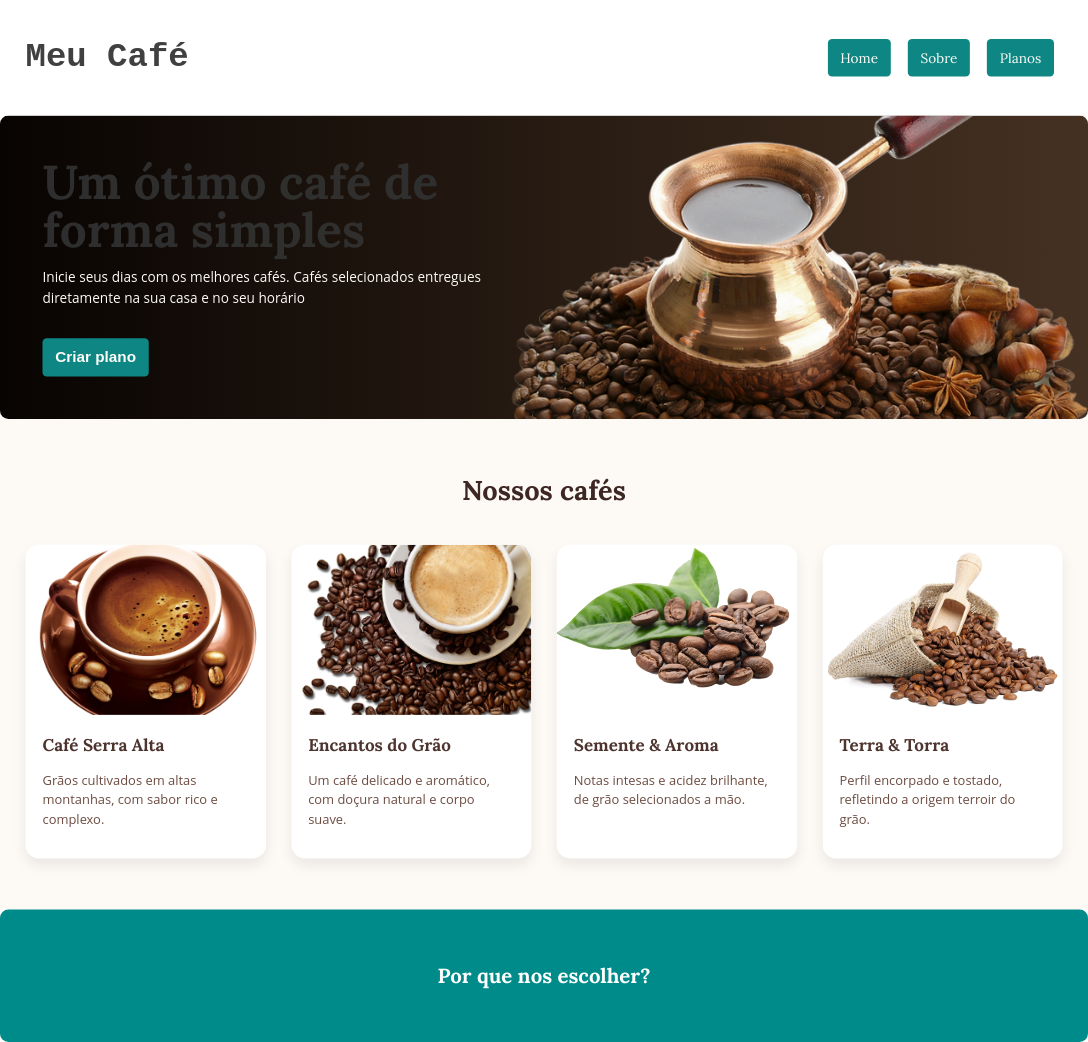
Repository: meiotera/meu_cafe.dev
Page: /
The author's editor kept a copy of each file at every save. The page is drawn from the files as they stood at one save, then again after the next save.
The browser window is 1280 px wide. The pictures show the whole page, at 85% of full size.
The project was rebuilt for these pictures with package versions that can differ from the ones it lists, and the page was loaded fresh each time. Also part of the build but not shown: vite.config.js, src/Pages/AboutUs.jsx, src/Pages/YourPlane.jsx.

Above is the page before, as saved 2025-04-03 14:16:43.

### src/index.css
@import url('https://fonts.googleapis.com/css2?family=Lora:wght@400;700&display=swap');

:root {
  font-family: 'Lora', sans-serif;
  line-height: 1.5;
  font-weight: 400;
  box-sizing: border-box; /* Mantido */

  color: rgba(255, 255, 255, 0.87);

  font-synthesis: none;
  text-rendering: optimizeLegibility;
  -webkit-font-smoothing: antialiased;
  -moz-osx-font-smoothing: grayscale;
}

a {
  font-weight: 500;
  color: #646cff;
  text-decoration: inherit;
}
a:hover {
  color: #535bf2;
}

h1,
h2,
h3 {
  font-family: 'Lora', sans-serif;
  color: rgba(50, 49, 49, 0.93);
  margin: 0; /* Removido o margin */
}

p {
  font-family: 'Open Sans', sans-serif;
}

body {
  max-width: 1280px;
  margin: 0 auto;
}

### src/App.jsx
import React from 'react';
import { BrowserRouter, Routes, Route } from 'react-router-dom';

import Home from './Pages/Home';
import AboutUs from './Pages/AboutUs';
import YourPlane from './Pages/YourPlane';

import Header from './components/Header/Header';
import Main from './components/Main/Main';

function App() {
  return (
    <>
      <BrowserRouter>
        <Header />

        <Main>
          <Routes>
            <Route path="/" element={<Home />} />
            <Route path="/sobre" element={<AboutUs />} />
            <Route path="planos" element={<YourPlane />} />
          </Routes>
        </Main>
      </BrowserRouter>
    </>
  );
}

export default App;

### src/Pages/Home.jsx
import React from 'react';
import Main from '../components/Main/Main';
import Banner from '../components/Banner/Banner';

import styles from './Home.module.css';

const Home = () => {
  return (
    <>
      <Banner
        titulo={'Um ótimo café de forma simples'}
        imagem={'artesanal'}
        texto={
          'Inicie seus dias com os melhores cafés. Cafés selecionados entregues diretamente na sua casa e no seu horário'
        }
        botao={'Criar plano'}
      />

      <section className={styles.collection}>
        <div className={styles.titulo}>
          <h2>Nossos cafés</h2>
        </div>

        <div className={styles.collectionCards}>
          <div className={styles.cafeCard}>
            <div className={styles.imgContainer}>
              <img src="../../img/serraalta.png" alt="" srcset="" />
            </div>
            <div className={styles.texto}>
              <h3>Café Serra Alta</h3>
              <p>
                Grãos cultivados em altas montanhas, com sabor rico e complexo.
              </p>
            </div>
          </div>

          <div className={styles.cafeCard}>
            <div className={styles.imgContainer}>
              <img src="../../img/encantos.png" alt="" srcset="" />
            </div>
            <div className={styles.texto}>
              <h3>Encantos do Grão</h3>
              <p>
                Um café delicado e aromático, com doçura natural e corpo suave.
              </p>
            </div>
          </div>

          <div className={styles.cafeCard}>
            <div className={styles.imgContainer}>
              <img src="../../img/sementeearoma.png" alt="" srcset="" />
            </div>
            <div className={styles.texto}>
              <h3>Semente & Aroma</h3>
              <p>
                Notas intesas e acidez brilhante, de grão selecionados a mão.
              </p>
            </div>
          </div>

          <div className={styles.cafeCard}>
            <div className={styles.imgContainer}>
              <img src="../../img/terraetorra.png" alt="" srcset="" />
            </div>
            <div className={styles.texto}>
              <h3>Terra & Torra</h3>
              <p>
                Perfil encorpado e tostado, refletindo a origem terroir do grão.
              </p>
            </div>
          </div>
        </div>
      </section>

      <section className={styles.porque}>
        <div className={styles.descricao}>
          <h2>Por que nos escolher?</h2>
        </div>
      </section>
    </>
  );
};

export default Home;

### src/components/Header/Header.jsx
import React from 'react';

import styles from './Header.module.css';
import NavBar from '../NavBar/NavBar';
import Banner from '../Banner/Banner';

const Header = () => {
  return (
    <header className={styles.header}>
      <h1 className={styles.titulo}>Meu Café</h1>

      <NavBar />
    </header>
  );
};

export default Header;

### src/components/Main/Main.jsx
import React from 'react';

const Main = ({ children }) => {
  return <main>{children}</main>;
};

export default Main;

### src/components/Banner/Banner.jsx
import React from 'react';

import styles from './Banner.module.css';

const Banner = ({ titulo, texto, botao }) => {
  return (
    <div className={styles.banner}>
      <div className={styles.containerText}>
        <h2>{titulo}</h2>

        <p>{texto}</p>
        {botao && <button className={styles.button}>{botao}</button>}
      </div>
    </div>
  );
};

export default Banner;

### src/Pages/Home.module.css
.collection,
.porque {
  padding: 60px 30px;
  background-color: #fdfaf6;
}

.porque {
  background-color: darkcyan;
  border-radius: 10px;
}

.porque .descricao h2 {
  color: #fff;
  text-align: center;
}

.titulo h2 {
  font-size: 2rem;
  text-align: center;
  margin-bottom: 40px;
  color: #3e2723;
}

.collectionCards {
  display: grid;
  grid-template-columns: repeat(auto-fit, minmax(200px, 1fr));
  gap: 30px;
  justify-items: center;
}

.cafeCard {
  background: #fff;
  border-radius: 16px;
  box-shadow: 0 8px 16px rgba(0, 0, 0, 0.08);
  overflow: hidden;
  max-width: 320px;
  transition: transform 0.3s ease, box-shadow 0.3s ease;
}

.cafeCard:hover {
  transform: translateY(-5px);
  box-shadow: 0 12px 24px rgba(0, 0, 0, 0.15);
}

.imgContainer {
  width: 100%;
  height: 200px;
}

.imgContainer img {
  width: 100%;
  height: 100%;
  object-fit: cover;
}

.texto {
  padding: 20px;
}

.texto h3 {
  font-size: 1.25rem;
  margin-bottom: 10px;
  color: #4e342e;
}

.texto p {
  font-size: 0.95rem;
  color: #6d4c41;
}

### src/components/Header/Header.module.css
.header {
  height: max-content;
  color: rgba(50, 49, 49, 0.93);

  padding: 30px;
  display: flex;
  flex-wrap: wrap;
  justify-content: center;
  align-items: center;
}

.titulo {
  font-size: 2.5em;
  font-family: 'Courier New', Courier, monospace;
  font-weight: bold;
}

@media screen and (min-width: 548px) {
  .header {
    justify-content: space-between;
  }
}

### src/components/NavBar/NavBar.jsx
import React from 'react';
import { NavLink } from 'react-router-dom';

import styles from './NavBar.module.css';

const NavBar = () => {
  return (
    <nav className={styles.navbar}>
      <ul>
        <li>
          <NavLink to={'/'}>Home</NavLink>
        </li>
        <li>
          <NavLink to={'/sobre'}>Sobre</NavLink>
        </li>
        <li>
          <NavLink to={'/planos'}> Planos</NavLink>
        </li>
      </ul>
    </nav>
  );
};
export default NavBar;

### src/components/Banner/Banner.module.css
.banner {
  background-image: url('../../../public/img/artesanal.png'),
    linear-gradient(to left, #453122, #080402);

  background-repeat: no-repeat;
  background-position: right;
  display: flex;

  justify-content: space-between;
  align-items: center;
  padding: 30px 50px;
  border-radius: 10px;
}

.containerText {
  color: #fefcf7;
  max-width: 50%;
  padding: 20px 0;
}

.containerText h2 {
  font-size: 3.5em;
  line-height: 1;
}

.button {
  border: none;
  background-color: #0e8784;
  border-radius: 5px;
  padding: 12px 15px;
  color: #fefcf7;
  font-weight: bold;
  font-size: 18px;
  cursor: pointer;
  margin-top: 20px;
  transition: ease-in-out 0.2s;
}

.button:hover {
  background-color: #189b99;
}

@media screen and (max-width: 820px) {
  .containerText {
    max-width: 500px;
  }
}

### src/components/NavBar/NavBar.module.css
.navbar ul {
  display: flex;
  padding: 0;
  justify-content: space-between;
}

.navbar li {
  list-style: none;
  margin: 10px;
}

.navbar a {
  padding: 12px 15px;
  background-color: #0e8784;
  border-radius: 5px;
  color: #fefcf7;
}

.navbar a:hover {
  background-color: #189b99;
}

Loaded but not shown: index.html (common file); src/main.jsx (common file)

After the next save:
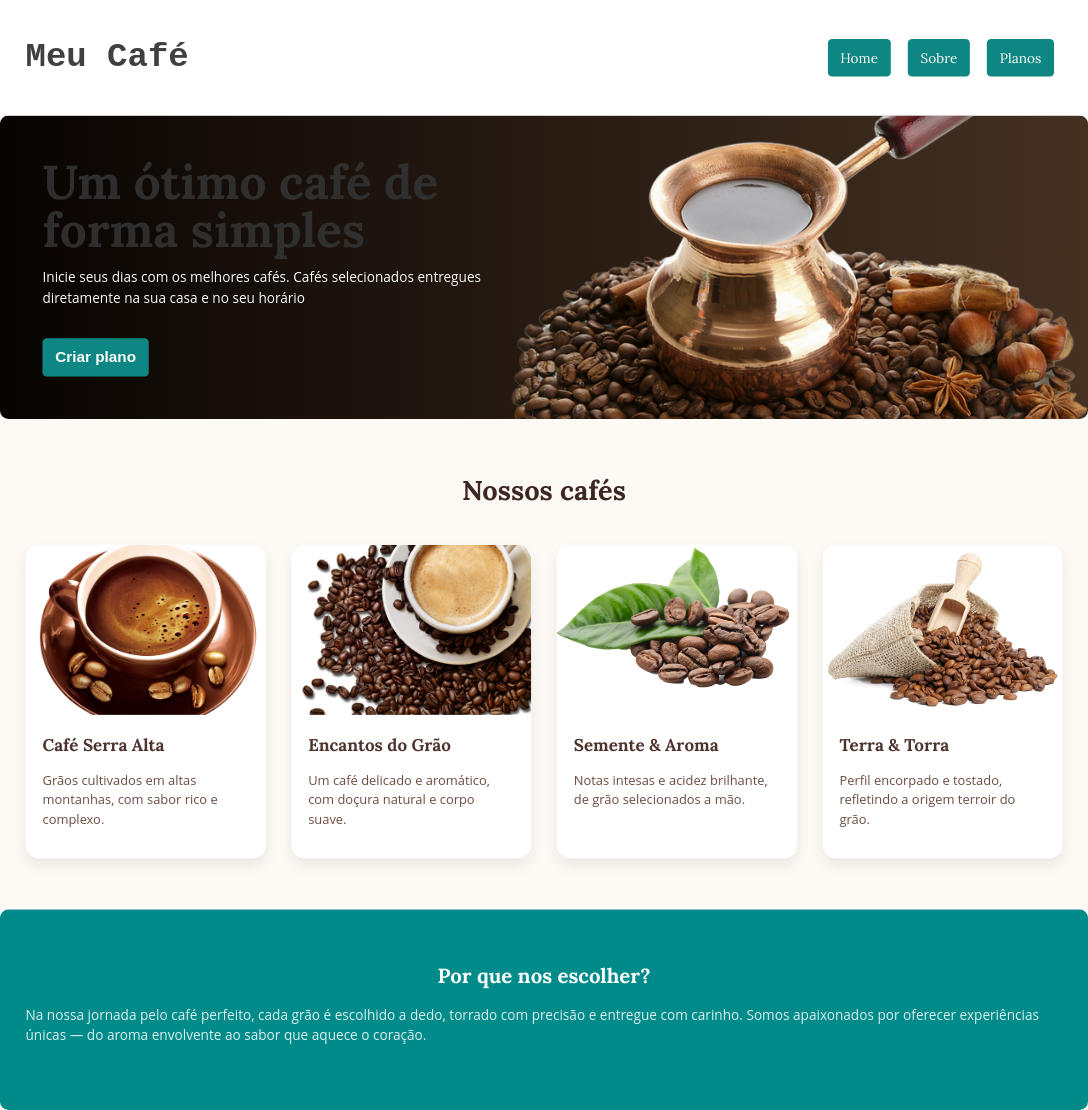
Saved 25 s later.
--- a/src/Pages/Home.jsx
+++ b/src/Pages/Home.jsx
@@ -75,6 +75,13 @@ const Home = () => {
       <section className={styles.porque}>
         <div className={styles.descricao}>
           <h2>Por que nos escolher?</h2>
+
+          <p>
+            Na nossa jornada pelo café perfeito, cada grão é escolhido a dedo,
+            torrado com precisão e entregue com carinho. Somos apaixonados por
+            oferecer experiências únicas — do aroma envolvente ao sabor que
+            aquece o coração.
+          </p>
         </div>
       </section>
     </>
